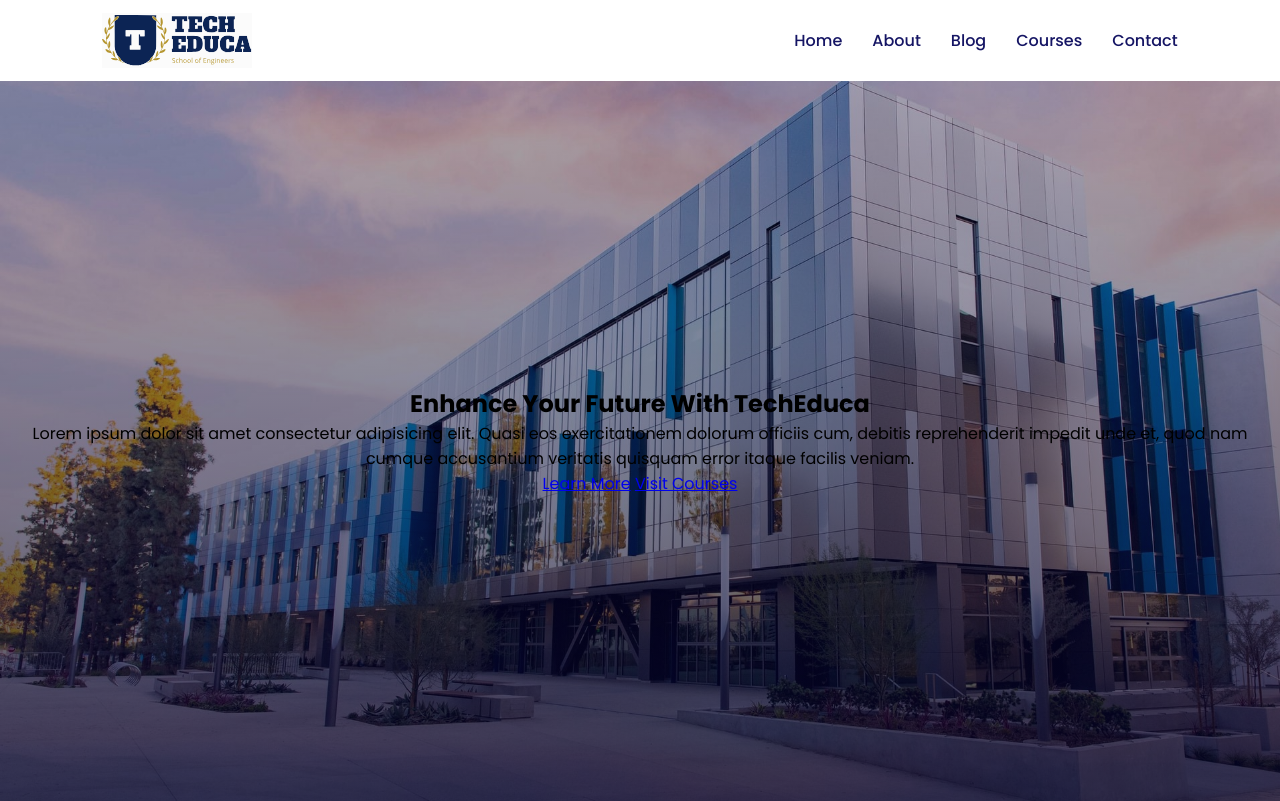
Repository: douglasabnovato/newtech
Page: index.html
These files come from the project's save history. The page is drawn as it stood at one moment and after the next save; the edit follows.
The browser window is 1280 px wide. The pictures show the whole page.
Some web libraries are served in a nearby version.

Above is the page before, as saved 2025-06-19 23:03:28.

After the next save:
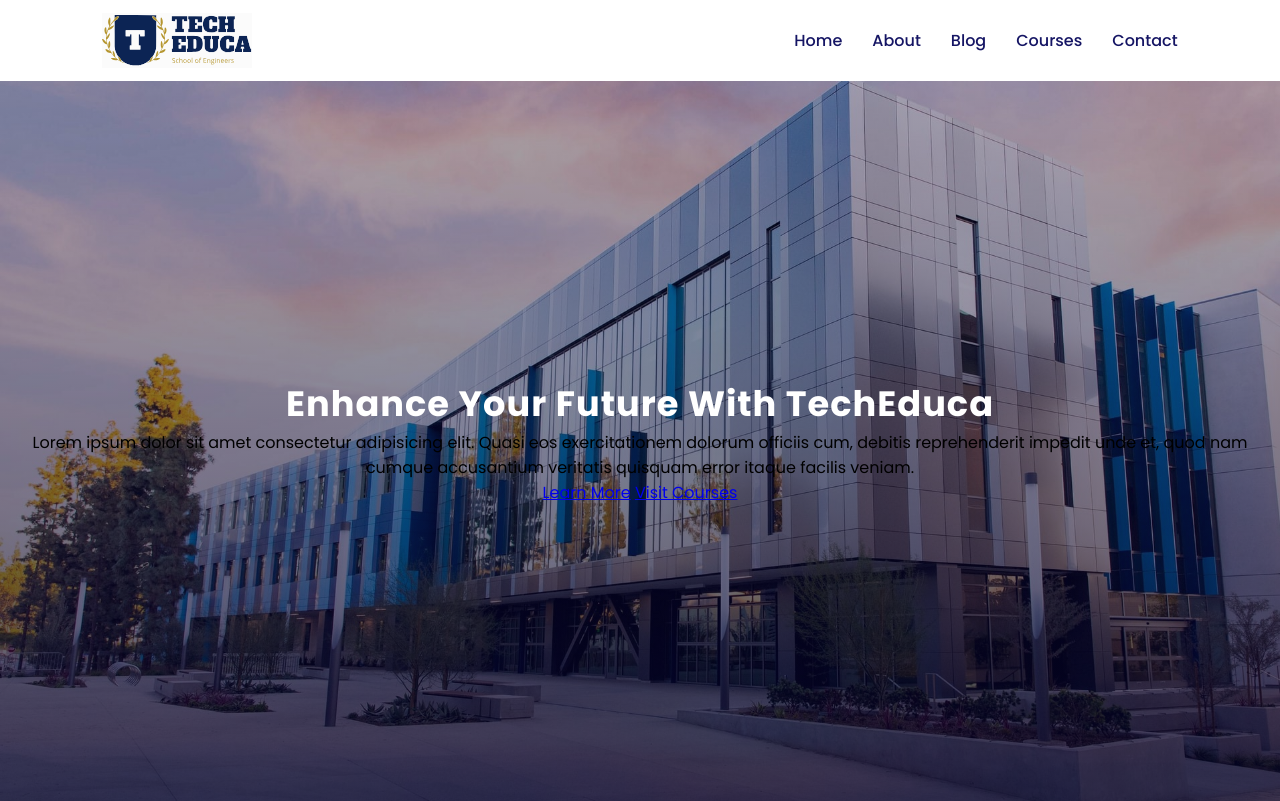
Saved 9 min 52 s later.
--- a/style.css
+++ b/style.css
@@ -82,6 +82,12 @@
   text-align: center;
 }
 
+#home h2 {
+  color: #fff;
+  font-size: 2.2rem;
+  letter-spacing: 1px;
+}
+
 /* features */
 
 /* course */
